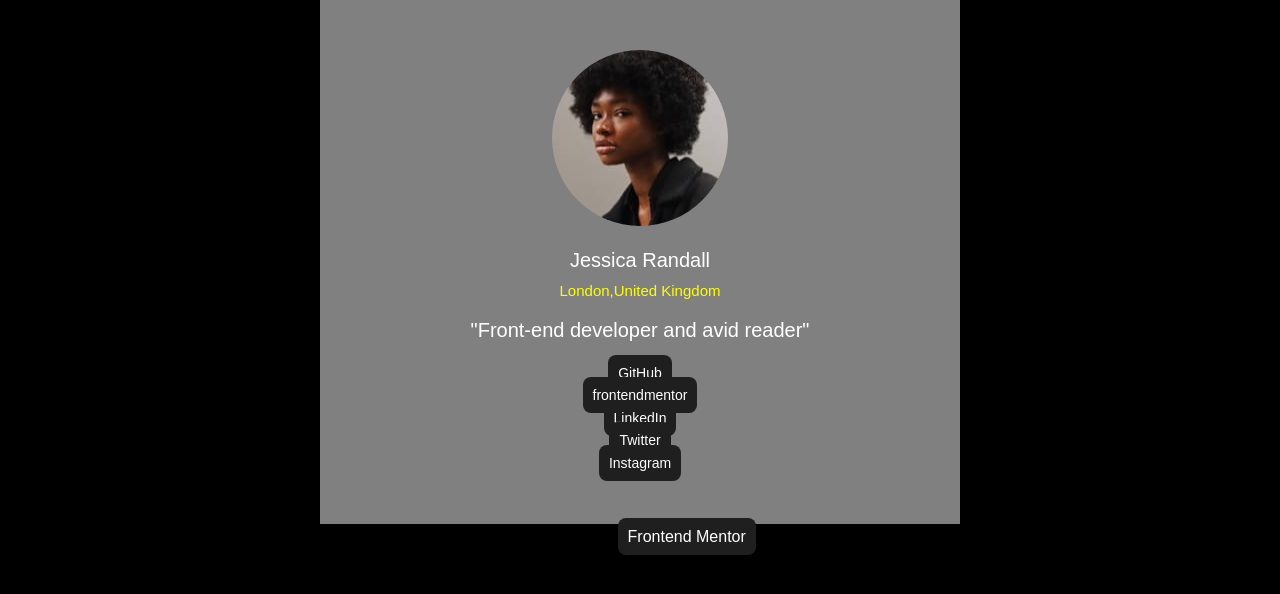
Repository: JosephAbatan05/Social-links-profile
Page: social-links-profile-main/index.html
These files come from the project's save history. The page is drawn as it stood at one moment and after the next save; the edit follows.
The browser window is 1280 px wide. The pictures show the whole page.

Above is the page before, as saved 2025-01-26 16:14:45.

After the next save:
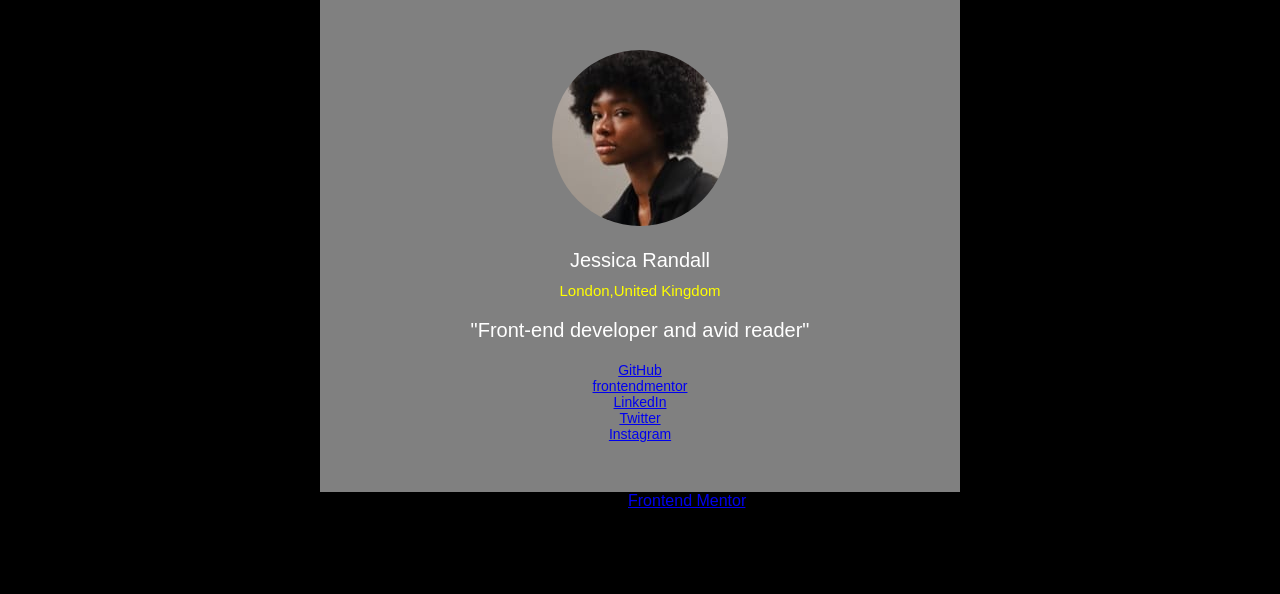
Saved 11 s later.
--- a/social-links-profile-main/styles.css
+++ b/social-links-profile-main/styles.css
@@ -44,15 +44,6 @@
 }
 
 
-a{
-    border: none;
-    text-decoration: none;
-    padding:10px;
-    color: white;
-    line-height: 1.6;
-    border-radius: 8px;
-    background-color: hsl(0, 0%, 12%);
-}
 
 
 .attribution{

After the save that followed:
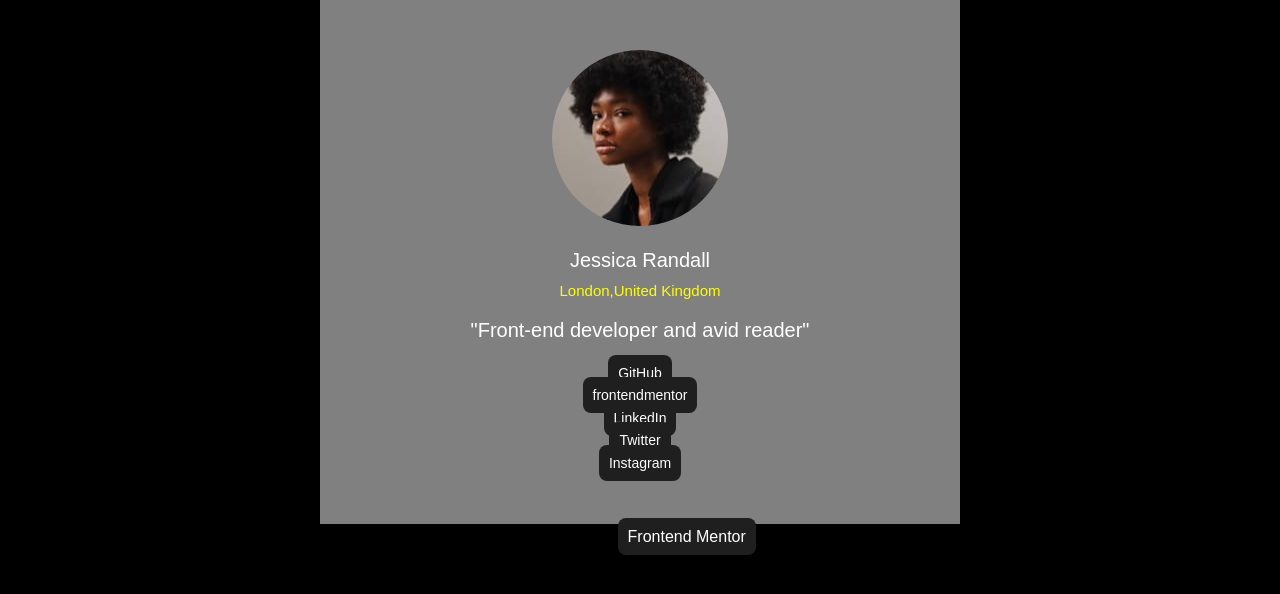
Saved 10 s later.
--- a/social-links-profile-main/styles.css
+++ b/social-links-profile-main/styles.css
@@ -43,7 +43,23 @@
 
 }
 
-
+.fa-links-container div a{
+    border-radius:5px;
+    color:white;
+    margin:0  auto;
+   margin-top: 100px;
+   font-weight:bold;
+   max-width:300px;
+}
+a{
+    border: none;
+    text-decoration: none;
+    padding:10px;
+    color: white;
+    line-height: 1.6;
+    border-radius: 8px;
+    background-color: hsl(0, 0%, 12%);
+}
 
 
 .attribution{
